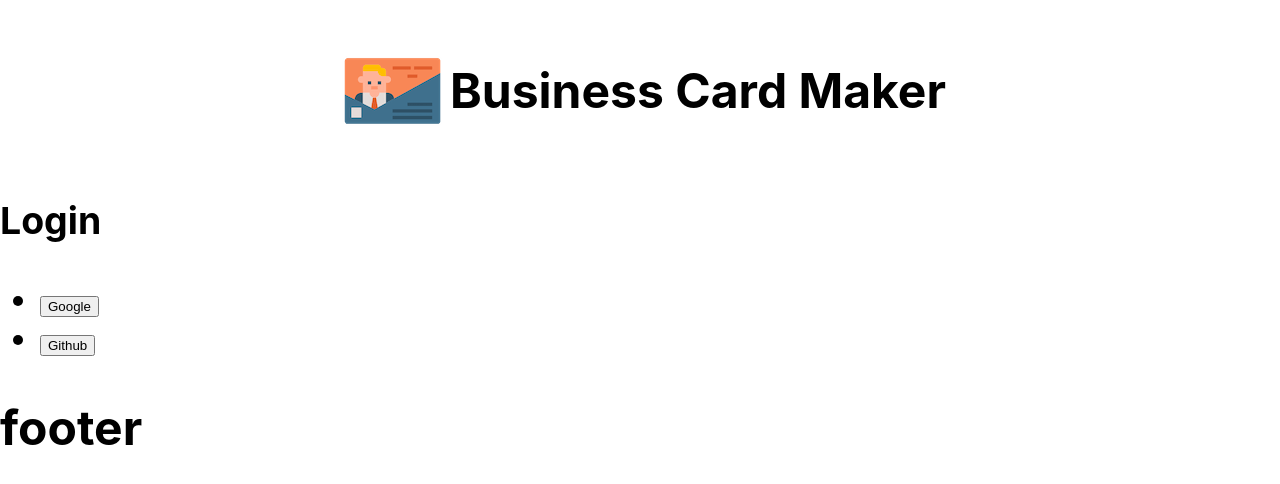
Repository: gomgomigom/firebase_practice_card_maker
Page: /
These files come from the project's save history. The page is drawn as it stood at one moment and after the next save; the edit follows.
The browser window is 1280 px wide. The pictures show the whole page.
The page's requests for data from a server got no answer. The project was rebuilt for these pictures with package versions that can differ from the ones it lists, and the page was loaded fresh each time. No one was signed in, and anything a server would have sent is missing. Also part of the build but not shown: src/app.css.

Above is the page before, as saved 2022-01-21 13:32:00.

After the next save:
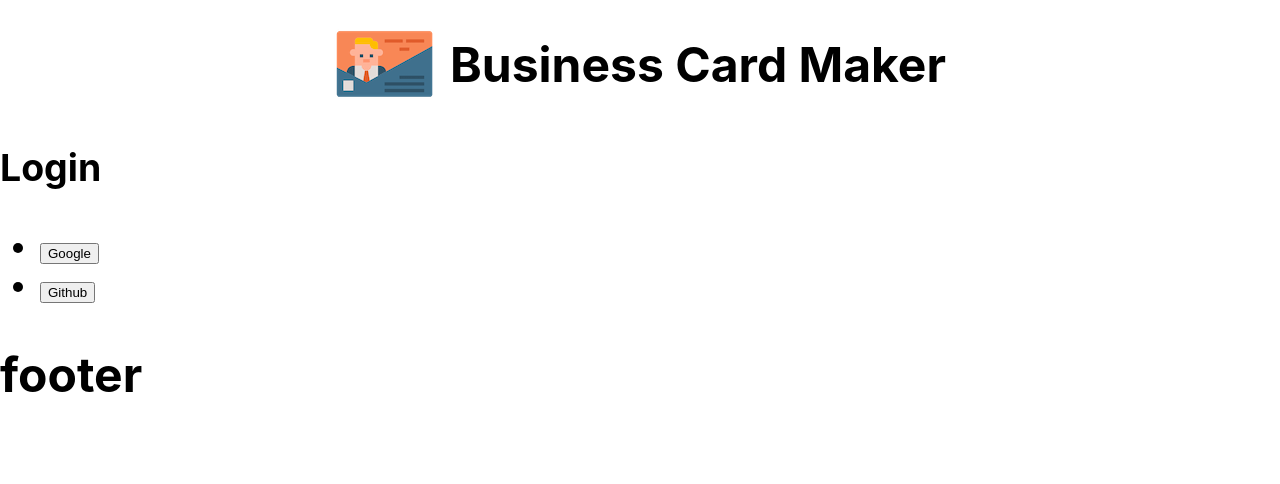
Saved 19 s later.
--- a/src/components/header/header.module.css
+++ b/src/components/header/header.module.css
@@ -18,4 +18,5 @@
 
 .title {
   color: makerWhite;
+  margin: 0.5rem;
 }
